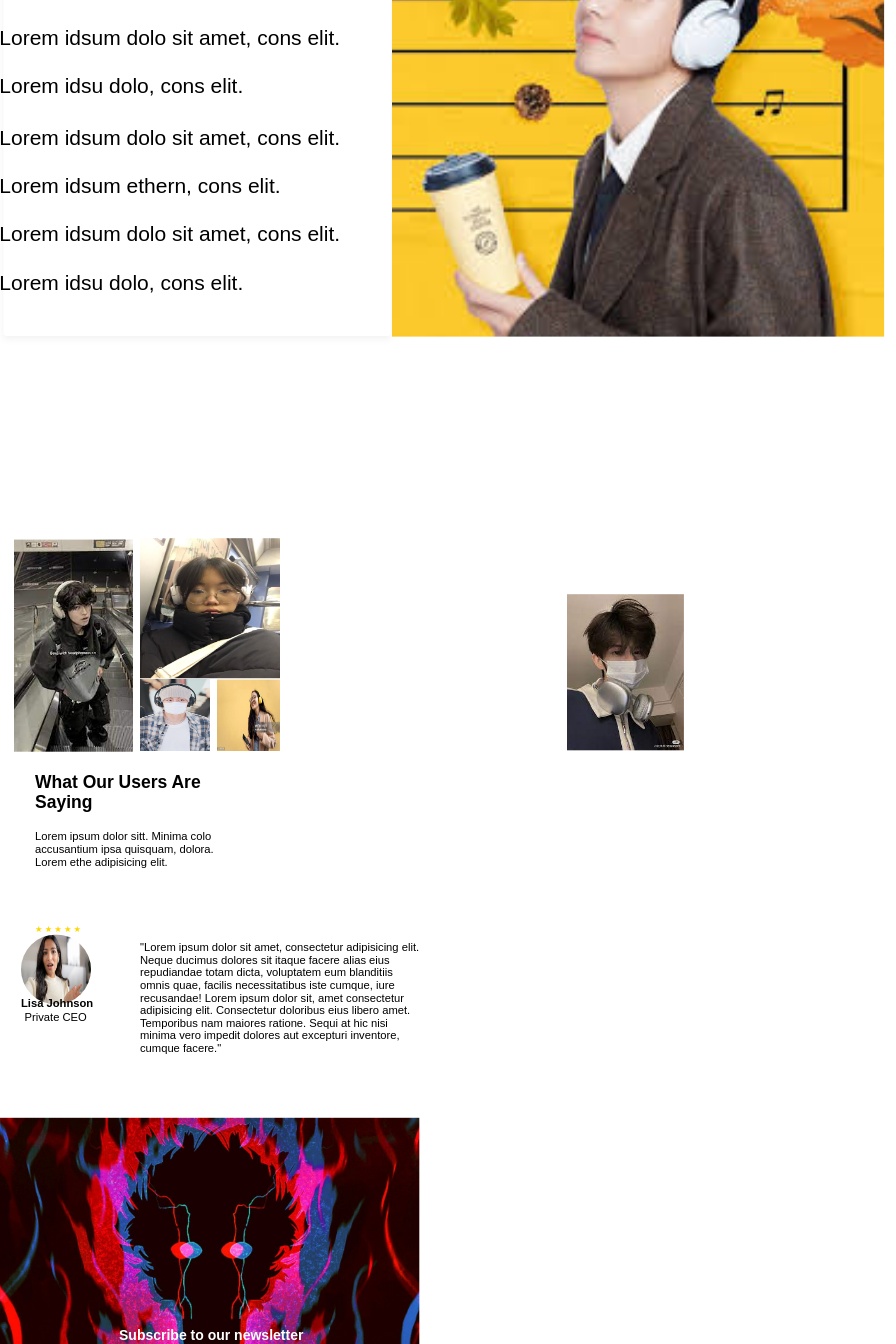
Repository: Femi007-gh/headphones
Page: index.html
These files come from the project's save history. The page is drawn as it stood at one moment and after the next save; the edit follows.
The browser window is 1280 px wide. The pictures show the part of the page from y = 4137 to 6057 px (the page is 6333 px tall), at 70% of full size.

Above is the page before, as saved 2025-03-03 09:02:38.

### index.html
<html>
    <head>
        <title>CSS Project</title>
        <link rel="stylesheet" href="style.css">
    </head>

    <body>
        <div class="whole-div">
          <div>
            <img class="hp1" src="man-hp1.jpg">
                <nav class="navbar">
                  <div class="my-app">EchoEdge</div>
                  <div class="search-bar">
                      <input type="text" placeholder="Search">
                  </div>
                  <div class="nav-links">
                      <a href="#">About</a>
                      <a href="#">Partners</a>
                      <button class="shop">Shop</button>
                  </div>
                </nav>
                <h1 class="head1">Elevate Your</h1>
                <h1 class="head1">Sounds</h1>
                <h1 class="head1">Experience</h1>
                <p class="para1">Lorem ipsum, dolor sit amet n nobis, doloribus.  n nobis, doloribus.</p>

                <p class="para2">
                  Crystal-clear audio
                </p>
                <p class="para3">Noise cancellation</p>
             </div>

            <div class="div1">
              <img class="hp2" src="hp.jpg">
            </div>
            <h1 class="head2">EchoSphere</h1>
            <p class="lorem1">Lorem ipsum dolor sit amet consectetur elit. Commodi magnam magni impedit provident.</p>

            <div class="group1">
              <div class="dot1"></div>
              <p class="black">Blue</p>
            </div>

            <div class="group2">
              <div class="dot2"></div>
              <p class="blue">Black</p>
            </div>
            <div class="group3">
              <div class="dot3"></div>
              <p class="purple">Red</p>
            </div>
            <p class="lorem2">Lorem ipsum dolor sit amet consectetur adipisicing elit. Laborum voluptatum hic numquam.</p>
            <h1 class="dollar">$120.00</h1>
            <button class="but1">Order Now</button>

            <div class="box1">
              <img class="hp1-1" src="hp2.jpg">
            </div>
            <div class="box2">
              <img class="hp2-2" src="hp3.jpg">
            </div>
            <div class="box3">
              <img class="hp3-3" src="hp1.jpg">
            </div>

            <div class="div2"></div>
            <div class="div2-2">
              <img class="person" src="woman-hp1.jpg">
            </div>
            <p class="active">1. Active Noise Cancellation</p>
            <p class="lorem3">Lorem ipsum sit amet elit. Facere ali
              prehenderit eius repellat beatae excepturi.</p>

            <p class="activ">2. Bluetooth 5.2 Connectivity</p>

            <p class="lorem4">Lorem ipsum sit amet elit. Facere ali
              prehenderit eius repellat beatae excepturi.</p>

              <p class="activ">3. High-Definition Sound Driver</p>

              <p class="lorem4">Lorem ipsum sit amet elit. Facere ali.</p>

                <p class="activ">4. 30-Hour Battery Life</p>

                <p class="lorem4">Lorem ipsum sit amet elit. Facere ali
                  prehende reatae excepturi.</p>


            <div class="div3">
              <img class="hp4-4" src="woman-hp4.jpg">
              <p class="lorem7">Lorem ipsum dolor, adipisicing elit. Alias coid harum incidunt.
                sorem ipsum dolor, adipisicing elit. Alias coid harum elit incidunt.</p>
              <p class="lorem9">Alias coid harum elit incidunt.</p>
            </div>
            <div class="div4"></div>
            <div class="div4-4">
              <img class="hp6-6" src="man-hp5.jpg">
            </div>
            <h2 class="head3">See The EchoEdge In Action</h2>
            <p class="lorem10">Lorem idsum dolo sit amet, cons elit.</p>
            <p class="lorem11">Lorem idsum ethern, cons elit.</p>
            <p class="lorem12">Lorem idsum dolo sit amet, cons elit.</p>
            <p class="lorem13">Lorem idsu dolo, cons elit.</p>

            <p class="lorem14">Lorem idsum dolo sit amet, cons elit.</p>
            <p class="lorem15">Lorem idsum ethern, cons elit.</p>
            <p class="lorem16">Lorem idsum dolo sit amet, cons elit.</p>
            <p class="lorem17">Lorem idsu dolo, cons elit.</p>

            <div>
              <img class="cat" src="man-hp3.jpg">
            </div>
            <img class="hp7-7" src="woman-hp2.jpg">
            <p><img class="hp5" src="man-hp4.jpg"></p>
            <p><img class="hp8" src="woman-hp3.jpg"></p>
            <p><img class="hp9" src="man-hp2.jpg"></p>
            <p class="para4">What Our Users Are Saying</p>
              <p class="lorem1-1">Lorem ipsum dolor sitt. Minima colo
                accusantium ipsa quisquam, dolora.</p>
                <p class="lorem2-2">Lorem ethe adipisicing elit.</p>
                <div class="stars">★★★★★</div>
                <img class="circle-image" src="woman-hp5.jpg">
                <p class="lorem3-3">"Lorem ipsum dolor sit amet, consectetur adipisicing elit. Neque ducimus dolores sit itaque facere alias eius repudiandae totam dicta, voluptatem eum blanditiis omnis quae, facilis necessitatibus iste cumque, iure recusandae! Lorem ipsum dolor sit, amet consectetur adipisicing elit. Consectetur doloribus eius libero amet. Temporibus nam maiores ratione. Sequi at hic nisi minima vero impedit dolores aut excepturi inventore, cumque facere."</p>
                <p class="lisa">Lisa Johnson</p>
                <p class="work">Private CEO</p>
                <p class="quote"></p>
                <div class="div5">
                  <img class="mashmello" src="Phonk.jpg">
                </div>
            <p class="para5">Subscribe to our newsletter</p>
            <p class="mash">Headphones are not to be used all the time.</p>
            <p class="mello">Take breaks from them when necessary to avoid bursting of eardrum.</p>
            <p class="message">Availble 10 percent discount this black friday</p>
                <div class="subscribe-container">
                  <input type="email" placeholder="Enter email">
                  <button>Subscribe</button>
        </div>
    </body>
</html>

### style.css
  body{
    font-family: Arial;
  }
  .whole-div{
    background-color: white;
    width: 600px;
    height: 310px;
    margin-left: -8px;
  }
  .hp1{
    width: 1260px;
    height: 1250px;
    margin-top: -25px;
  }
  .navbar {
    display: flex;
    justify-content: space-between;
    align-items: center;
    margin-top: -520px;
    padding: 10px 20px;
    font-family: Arial;
    font-size: 60px;
    width: 200px;
    margin-top: -1200px;
  }
  .my-app {
    font-weight: bold;
    color: aquamarine;
  }
  .search-bar input {
    padding: 5px;
    border: 1px solid #fff;
    height: 60px;
    width: 280px;
    background-color: rgb(72, 72, 234);
  }
  .nav-links {
    display: flex;
    gap: 15px;
  }
  .nav-links a {
    text-decoration: none;
    color: aquamarine;
    font-weight: bold;
  }
  .shop {
    background-color: rgb(74, 74, 234);
    color: white;
    padding: 5px 10px;
    padding-left: 20px;
    padding-right: 20px;
    border-color: white;
    cursor: pointer;
    width: 150px;
  }
  .head1{
  color: blue;
  margin-left: 30px;
  font-size: 60px;
  }
  .para1{
  color: rgb(240, 48, 186);
  width: 300px;
  margin-left: 30px;
  font-size: 40px;
  }
  .para2{
  color: aquamarine;
  margin-left: 30px;
  margin-top: 70px;
  font-size: 40px;
  }
  .para3{
  color: rgb(240, 215, 48);
  margin-left: 30px;
  font-size: 40px;
  }

  .div1{
  background-color: #fff;
  width: 600px;
  height: 500px;
  margin-top: 300px;
  margin-left: -30px;
  }
  .hp2{
  width: 800px;
  height: 680px;
  margin-top: 13px;
  margin-left: 30px;
  }
  .head2{
  margin-top: -460px;
  margin-left: 850px;
  font-size: 60px;
  color: blue;
  }
  .lorem1{
  margin-left: 850px;
  width: 350px;
  font-size: 30px;
  }
  .group1{
  background-color: white;
  width: 80px;
  height: 30px;
  margin-left: 850px;
  box-shadow: 10px 10px 20px rgba(0, 0, 0, 0.2);
  }
  .dot1{
    width: 20px;
    height: 20px;
    margin-left: 2px;
    margin-top: 4px;
    background-color: blue;
    border-radius: 50%;
    display: inline-block;
  }
  .black{
  margin-left: 25px;
  margin-top: -16px;
  font-size: 13px;
  }
  .group2{
  background-color: white;
  width: 80px;
  height: 30px;
  margin-left: 980px;
  box-shadow: 10px 10px 20px rgba(0, 0, 0, 0.2);
  margin-top: -30px;
  }
  .dot2{
    width: 20px;
    height: 20px;
    margin-left: 2px;
    margin-top: 4px;
    background-color: black;
    border-radius: 50%;
    display: inline-block;
  }
  .blue{
  margin-left: 25px;
  margin-top: -16px;
  font-size: 13px;
  }
  .group3{
    background-color: white;
    width: 80px;
    height: 30px;
    margin-left: 1120px;
    box-shadow: 10px 10px 20px rgba(0, 0, 0, 0.2);
    margin-top: -30px;
  }
  .dot3{
    width: 20px;
    height: 20px;
    margin-left: 2px;
    margin-top: 4px;
    background-color: red;
    border-radius: 50%;
    display: inline-block;
  }
  .purple{
  margin-left: 25px;
  margin-top: -16px;
  font-size: 13px;
  }
  .lorem2{

  margin-left: 850px;
  width: 350px;
  font-size: 30px;
  }
  .dollar{
  margin-left: 850px;
  margin-top: -10px;
  font-size: 40px;
  }
  .but1{
  margin-left: 1100px;
  margin-top: -80px;
  background-color: rgb(234, 234, 34);
  width: 100px;
  height: 50px;
  }
  .box1 {
      width: 120px;
      height: 100px;
      border: 2px solid black;
      background-color: white;
      margin-left: 840px;
      margin-top: -20px;
  }
  .hp1-1{
    width: 100px;
    height: 100px;
    margin-top: 0px;
  }

  .box2 {
    width: 120px;
    height: 100px;
    border: 2px solid black;
    background-color: white;
    margin-left: 955px;
    margin-top: -104px;
  }
  .hp2-2{
  width: 100px;
  height: 100px;
  margin-top: 0px;
  }

  .box3 {
      width: 120px;
      height: 100px;
      border: 2px solid black;
      background-color: white;
      margin-left: 1075px;
      margin-top: -104px;
  }
  .hp3-3{
  width: 100px;
  height: 100px;
  margin-top: 0px;
  }

  .div2{
  background-color: #fff;
  width: 600px;
  height: 500px;
  margin-top: 70px;
  }
  .div2-2{
  width: 1259px;
  height: 570px;
  margin-top: -571px;
  border: 2px solid rgba(215, 214, 214, 0.772);
  background-color: white;
  }
  .active{
  margin-left: 10px;
  margin-top: -570px;
  font-weight: bold;
  font-size: 35px;
  }
  .lorem3{
  width: 555px;
  margin-left: 10px;
  font-size: 30px;
  margin-top: -30px;
  }

  .activ {
    font-weight: bold;
    font-size: 35px;
    margin-top: -10px;
  }

  .lorem4 {
  width: 555px;
  margin-left: 10px;
  font-size: 30px;
  margin-top: -30px;
  }

  .lorem5{
  width: 145px;
  margin-left: 10px;
  margin-top: 25px;
  font-size: 12px;
  }
  .lorem6{
  width: 145px;
  margin-left: 220px;
  margin-top: -55px;
  font-size: 20px;
  }
  #text{
  margin-left: 180px;
  }
  .person{
  width: 740px;
  margin-left: 519px;
  height: 570px;
  }
  .hp4-4{
  width: 1265px;
  height: 1450px;
  margin-top: -14px;
  }
  .lorem7{
  color: white;
  margin-top: -87px;
  margin-left: 100px;
  }
  .lorem8{
  color: white;
  margin-left: 120px;
  margin-top: -10px;
  font-size: 13px;
  }
  .lorem9{
  color: white;
  font-size: 13px;
  margin-left: 220px;
  margin-top: -10px;
  }
  .div4{
  background-color: white;
  width: 600px;
  height: 1000px;
  }
  .div4-4{
  width: 553px;
  max-width: 800px;
  margin-top: -950px;
  margin-left: 5px;
  height: 667px;
  background-color: white;
  border-radius: 4px;
  box-shadow: 0px 4px 10px rgba(120, 120, 120, 0.1);
  }
  .head3{
  margin-top: -630px;
  margin-left: 50px;
  }
  .lorem10{
  margin-left: 70px;
  margin-top: -10px;
  }
  .lorem11{
  margin-left: 70px;
  margin-top: -15px;
  }
  .lorem12{
  margin-left: 70px;
  margin-top: -15px;
  }

  .lorem13 {
    margin-left: 70px;
    margin-top: -15px;
    margin-bottom: 200px;
  }

  .lorem14{
    margin-left: 70px;
    margin-top: -10px;
    }
    .lorem15{
    margin-left: 70px;
    margin-top: -15px;
    }
    .lorem16{
    margin-left: 70px;
    margin-top: -15px;
    }

    .lorem17 {
      margin-left: 70px;
      margin-top: -15px;
      margin-bottom: 200px;
    }

  .hp6-6{
  width: 703px;
  margin-left: 555px;
  margin-top: -35px;
  background-color: white;
  }
  .cat{
  width: 170px;
  margin-top: 150px;
  margin-left: 20px;
  }
  .hp7-7{
  width: 200px;
  height: 200px;
  margin-top: -305px;
  margin-left: 200px;
  }
  .hp5{
  width: 100px;
  height: 103px;
  margin-left: 200px;
  margin-top: -120px;
  }
  .hp8{
  width: 90px;
  height: 102px;
  margin-left: 310px;
  margin-top: -135px;
  }
  .hp9{
  width: 167px;
  margin-top: -273px;
  margin-left: 810px;
  }

  .para4{
  font-weight: bold;
  font-size: 25px;
  margin-top: -35px;
  margin-left: 50px;
  width: 300px;
  }
  .lorem1-1{
  width: 300px;
  margin-left: 50px;
  }
  .lorem2-2{
  margin-left: 50px;
  margin-top: -15px;
  }
  .stars {
    font-size: 12px;
    color: gold;
    letter-spacing: 3px;
    margin-left: 50px;
    margin-top: 80px;
  }
  .circle-image{
  width: 100px;
  height: 100px;
  border-radius: 160px;
  margin-left: 30px;
  }
  .lorem3-3{
  margin-left: 200px;
  margin-top: -90px;
  }
  .lisa{
  margin-top: -98px;
  margin-left: 30px;
  font-weight: bold;
  }
  .work{
  margin-left: 35px;
  margin-top: -15px;
  }
  .mashmello{
  margin-top: 35px;
  width: 599px;
  }
  .para5{
  color: white;
  margin-top: -300px;
  margin-left: 170px;
  font-size: 20px;
  font-weight: bold;
  }
  .div5{
  margin-top: 100px;
  }
  .mash{
  color: #00E5FF;
  margin-left: 200px;
  }
  .mello{
  color: #B0B0B0;
  margin-left: 130px;
  margin-top: -15;
  }
  .message{
  color: #FF1493;
  margin-left: 200px;
  margin-top: -15px;
  }

  .subscribe-container {
    display: flex;
    background: rgba(255, 255, 255, 0.1);
    padding: 10px;
    border-radius: 8px;
    margin-top: 65px;
    margin-left: 130px;
  }
  input {
    background: transparent;
    border: 1px solid white;
    padding: 10px;
    color: white;

    width: 200px;
  }
  input::placeholder {
    color: rgba(255, 255, 255, 0.7);
  }
  button {
    background: transparent;
    border: 1px solid white;
    color: white;
    padding: 10px;
    cursor: pointer;
    margin-left: 10px;
  }
  button:hover {
    background: white;
    color: black;
  }

  .lorem10, .lorem11, .lorem12,.lorem13, .head3, .lorem14, .lorem15, .lorem16, .lorem17 {
     font-size: 30px;
  }
  .lorem10, .lorem11, .lorem12,.lorem13, .lorem14, .lorem15, .lorem16, .lorem17 {
    margin-left: -1px;
  }
  .lorem10, .lorem11, .lorem12, .lorem13, .lorem14, .lorem15, .lorem16 {
    margin-bottom: 50px;
  }

After the next save:
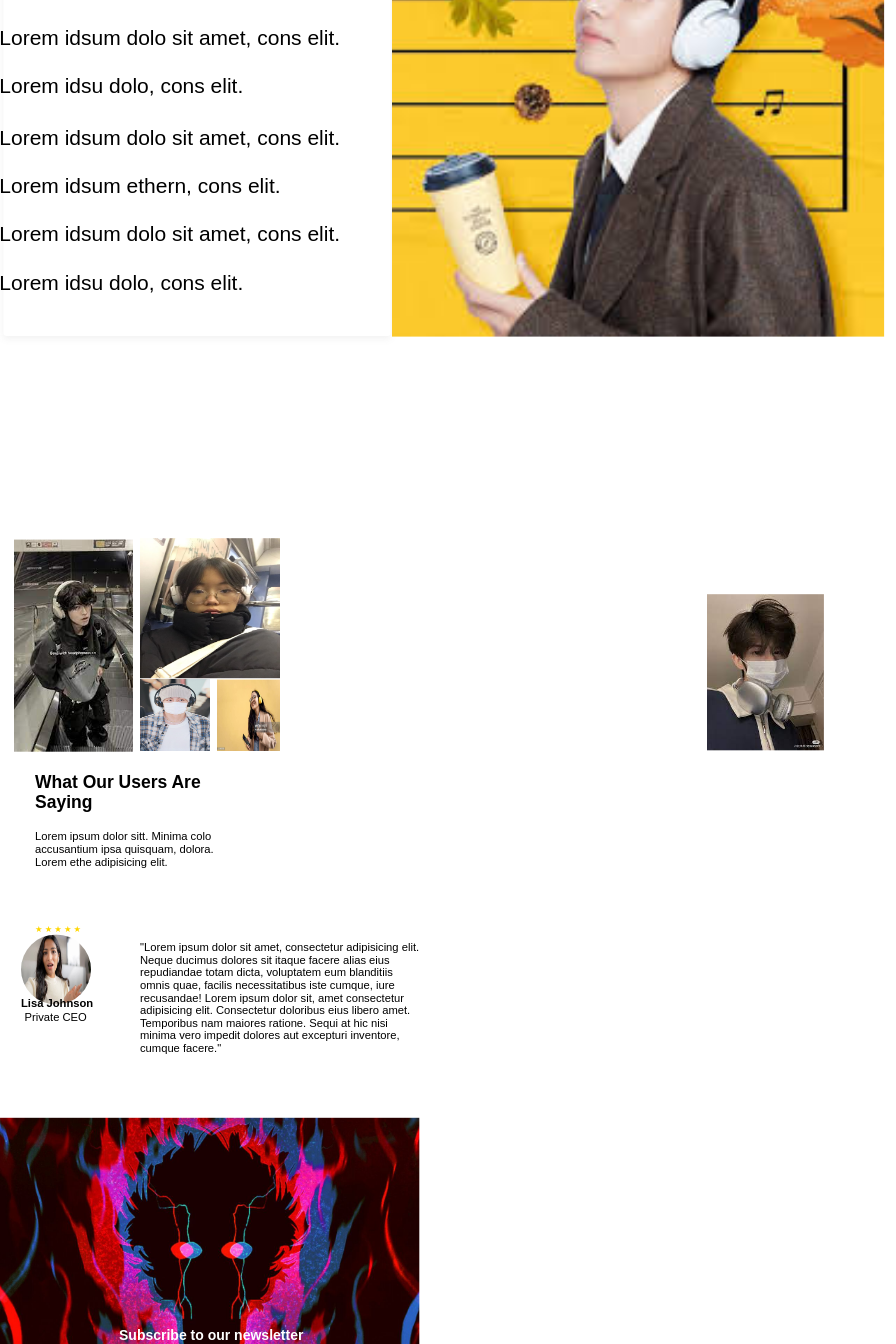
Saved 56 s later.
--- a/style.css
+++ b/style.css
@@ -395,7 +395,7 @@
   .hp9{
   width: 167px;
   margin-top: -273px;
-  margin-left: 810px;
+  margin-left: 1010px;
   }
 
   .para4{
